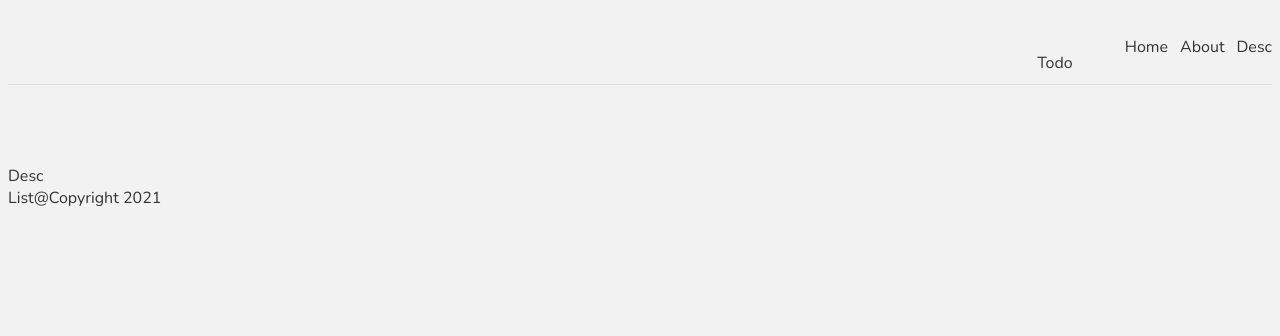
Repository: AmulyaReddy99/todolist-nextjs
Page: /desc/desc
The author's editor kept a copy of each file at every save. The page is drawn from the files as they stood at one save, then again after the next save.
The browser window is 1280 px wide. The pictures show the whole page.
The project was rebuilt for these pictures with package versions that can differ from the ones it lists, and the page was loaded fresh each time. The framework's server and built-in components were replaced by stand-ins that run in the browser. Also part of the build but not shown: next.config.js.

Above is the page before, as saved 2021-07-26 11:59:40.

### pages/_app.js
import Layout from '../comps/layout'
import '../styles/globals.css'

function MyApp({ Component, pageProps }) {
  return (
    <Layout>
      <Component {...pageProps}/>
    </Layout>
  )
}

export default MyApp

### pages/desc/desc.js
const Desc = () => {
    return (
        <div>Desc</div>
    );
}

export default Desc;

### comps/layout.js
import Footer from "./footer"
import Header from "./header"

const Layout = ({ children }) => {
    return (
        <div>
            <Header/>
            { children }
            <Footer/>
        </div>
    );
}

export default Layout;

### comps/footer.js
import Link from "next/link";

const Footer = () => {
    return (
        <div>
            <Link href="/">List</Link>
            @Copyright 2021
        </div>
    );
}

export default Footer;

### comps/header.js
import Link from 'next/link'

const Header = () => {
    return (
        <div>
            <nav>
                <div>
                    Todo
                </div>
                <ul>
                    <Link href="/">Home</Link>
                    <Link href="/about">About</Link>
                    <Link href="/desc">Desc</Link>
                </ul>
            </nav>
        </div>
    );
}

export default Header;

Loaded but not shown: styles/globals.css (common file)

After the next save:
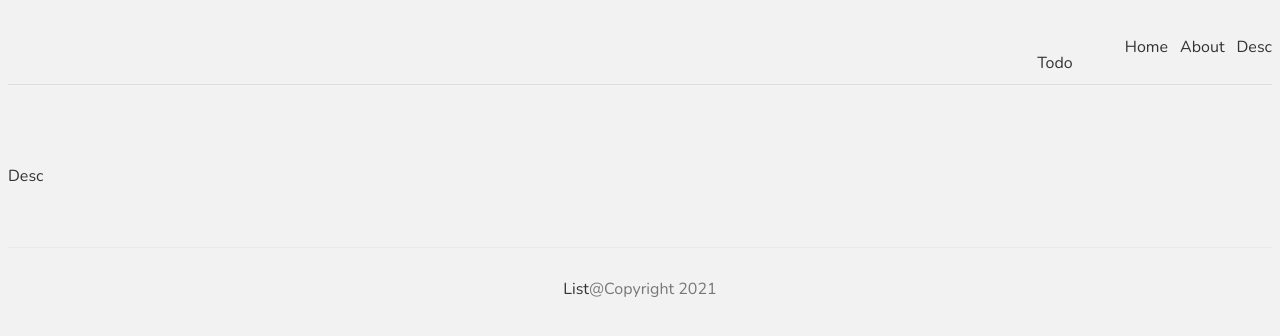
Saved 22 s later.
--- a/comps/footer.js
+++ b/comps/footer.js
@@ -2,10 +2,10 @@ import Link from "next/link";
 
 const Footer = () => {
     return (
-        <div>
+        <footer>
             <Link href="/">List</Link>
             @Copyright 2021
-        </div>
+        </footer>
     );
 }
 
